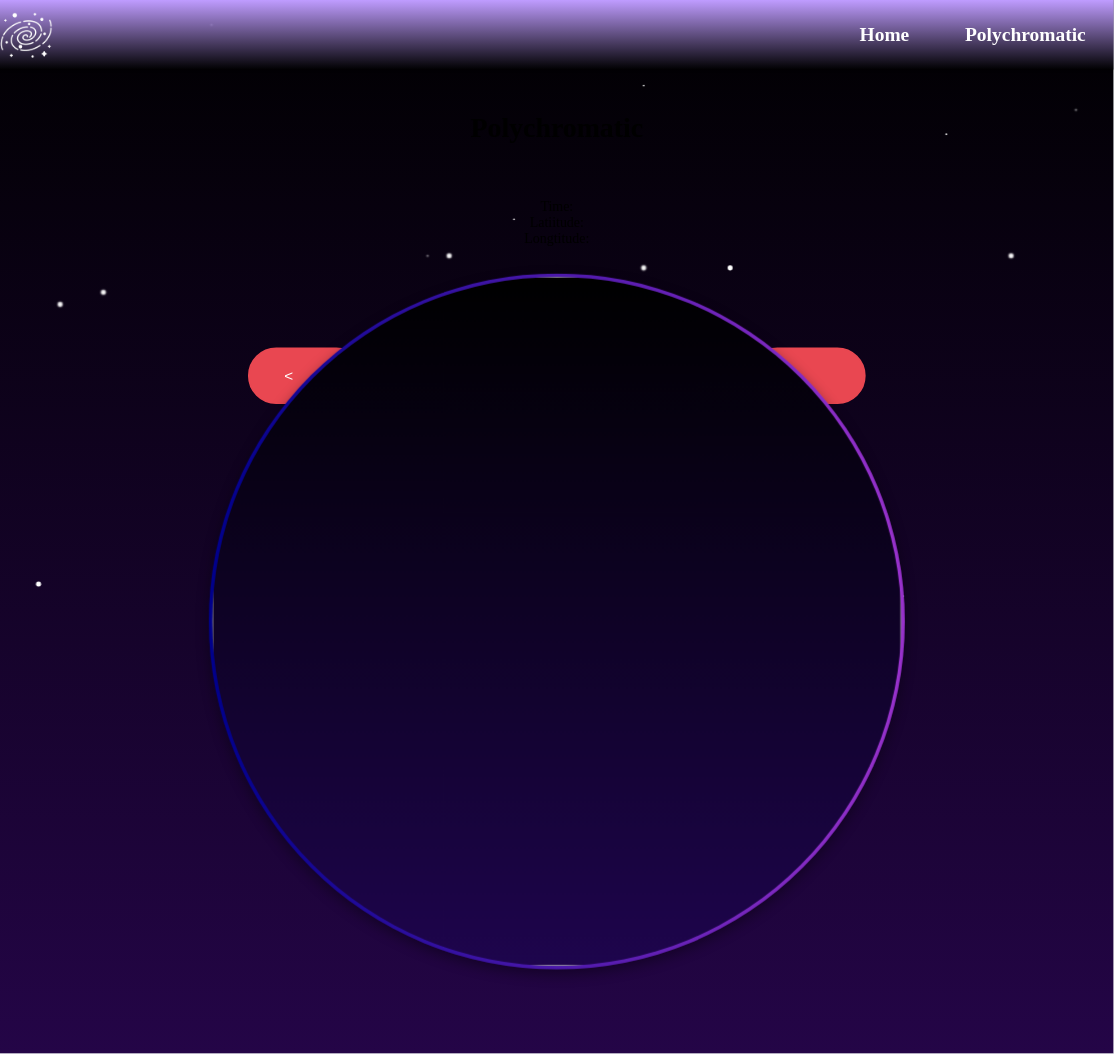
Repository: KayceeNguyen/DAI_W07_NASA
Page: /polychromatic
These files come from the project's save history. The page is drawn as it stood at one moment and after the next save; the edit follows.
The browser window is 1280 px wide. The pictures show the whole page, at 87% of full size.
The page's requests for data from a server got no answer. The project was rebuilt for these pictures with package versions that can differ from the ones it lists, and the page was loaded fresh each time. The framework's server and built-in components were replaced by stand-ins that run in the browser. No one was signed in, and anything a server would have sent is missing. Also part of the build but not shown: next.config.js.

Above is the page before, as saved 2023-02-17 01:33:45.

### pages/polychromatic.js
import { useEffect, useState } from "react"
import axios from "axios";
import Image from "next/image";
import styles from '@/styles/Home.module.css'
import HeaderBar from '@/comps/header'
import Galaxy from '@/comps/galaxy'
import Head from 'next/head'

export default function Polychromatic() {

    const [image, setImage] = useState([]);
    const [images, setImages] = useState([]);
    const [time, setTime] = useState([]);
    const [date, setDate] = useState('');
    const [coords, setCoords] = useState({})

    const [active, setActive] = useState(false);

    const [currentIndex, setCurrentIndex] = useState(0);

    const apiKey = "qO706hvtrjKPLwTwuCZ9XYxHnUPvhtQHSM6Ncmu8";
    const url = `https://epic.gsfc.nasa.gov/api/natural?api_key=${apiKey}`

    const getPolychromaticData = async () => {
        const res = await axios.get(url);
        const data = await res.data;
        console.log(data)

        const caption = data[currentIndex].caption;
        const date = data[currentIndex].date.split(" ")[0];


        const date_formatted = date.replaceAll("-","/")
        console.log(date_formatted);

        let times = [];
        let images = [];

    for (let i = 0; i < data.length; i++) {
    let time = data[i].date.split(" ")[1];
    let coords = data[i].centroid_coordinates;
    let imagePath = data[i].image;
    let image = `https://epic.gsfc.nasa.gov/archive/natural/${date_formatted}/png/${imagePath}.png`;

    times.push(time);

    images.push({
        image: image,
        time: time,
        coords: coords,
        caption: caption
    });
}

    setImages(images);
    setTime(times[0]);
    setCoords([images[0].coords.lat, images[0].coords.lon]);
    setImage(images[currentIndex]);

}

    useEffect(() => {
        getPolychromaticData();
    }, [currentIndex]);

    const nextImage = () => {
        setCurrentIndex((currentIndex + 1) % images.length);
    };

    const prevImage = () => {
        setCurrentIndex(
          currentIndex === 0 ? images.length - 1 : currentIndex - 1
        );
    };

    const handleImageLoad = () => {
        setActive(true);
      }

    return(
        <>

        <Head>
          <title>NASA TechPort & EPIC API</title>
          <meta name="description" content="The website showcases NASA's technologies using the TechPort and PIC API and offers daily full disc imagery of the Earth and unique astronomical events. Users can discover the technologies NASA is developing in propulsion, nanotechnology, robotics, and human health while enjoying stunning images of the universe." />
          <meta name="viewport" content="width=device-width, initial-scale=1" />
          <link rel="icon" href="/galaxy.png" />
        </Head>

            <HeaderBar />

            <Galaxy />



            <main className={styles.main}>
                <h1>Polychromatic</h1>
                <div className={styles.arrowContainer}>
                        <button className={styles.arrow} onClick={prevImage}>
                            &lt;
                        </button>
                        <button className={styles.arrow} onClick={nextImage}>
                            &gt;
                        </button>
                    </div>
                <div className={styles.bigEarthContainer}>
                    <div className={styles.bigEarthText}>
                        <div>Time: {image.time}</div>
                        <div>Latiitude: {coords[0]}</div>
                        <div>Longtitude: {coords[1]}</div>
                    </div>

                    <Image
                        src={image.image}
                        alt={image.caption}
                        width={800}
                        height={800}
                        className={`${styles.earthImage} ${active ? styles.active : ''}`}
                        onLoad={handleImageLoad}

                    />

                    {/* <div onClick={nextImage} className={styles.arrow}>
                        {">"}
                    </div> */}

                </div>




                {/* <table>
                    <thead>
                        <tr>
                            <th>Time</th>
                            <th>Latitude</th>
                            <th>Longtitude</th>
                            <th>Image</th>
                            <th></th>
                        </tr>
                    </thead>

                    <tbody>
                        {
                            images.map((e, i) => {
                                return (
                                    <tr key={i}>
                                        <td>{e.time}</td>
                                        <td>{e.coords.lat}</td>
                                        <td>{e.coords.lon}</td>
                                        <td>
                                            <Image
                                                src={e.image}
                                                alt={i}
                                                width={200}
                                                height={200}
                                            />
                                        </td>

                                        <td>
                                            <button onClick={() => {
                                                setImage(e.image)
                                                setTime(e.time)
                                                setCoords([e.coords.lat, e.coords.lon])
                                                console.log(image[i].image)
                                                document.body.scrollIntoView();

                                            }}>View</button>
                                        </td>
                                    </tr>
                                )
                            })
                        }
                    </tbody>
                </table> */}
            </main>
        </>
    )
}

### styles/Home.module.css
.main {
  display: flex;
  flex-direction: column;
  justify-content: space-between;
  align-items: center;
  padding: 6rem;
  min-height: 100vh;
  background: linear-gradient(180deg, rgb(0, 0, 0) 0%, rgb(36, 5, 71) 100%);
  animation: Gradient 10s ease infinite; /* Animate the gradient */
  -webkit-animation: Gradient 8s ease infinite;
	-moz-animation: Gradient 8s ease infinite;
}

@-webkit-keyframes Gradient {
  0%{background-position:0% 50%}
  50%{background-position:100% 50%}
  100%{background-position:0% 50%}
}
@-moz-keyframes Gradient {
  0%{background-position:0% 50%}
  50%{background-position:100% 50%}
  100%{background-position:0% 50%}
}
@keyframes Gradient {
  0%{background-position:0% 50%}
  50%{background-position:100% 50%}
  100%{background-position:0% 50%}
}

.description {
  display: inherit;
  justify-content: inherit;
  align-items: inherit;
  font-size: 0.85rem;
  max-width: var(--max-width);
  width: 100%;
  z-index: 2;
  font-family: var(--font-mono);
}

.description a {
  display: flex;
  justify-content: center;
  align-items: center;
  gap: 0.5rem;
}

.description p {
  position: relative;
  margin: 0;
  padding: 1rem;
  background-color: rgba(var(--callout-rgb), 0.5);
  border: 1px solid rgba(var(--callout-border-rgb), 0.3);
  border-radius: var(--border-radius);
}

.code {
  font-weight: 700;
  font-family: var(--font-mono);
}

.grid {
  display: grid;
  grid-template-columns: repeat(4, minmax(25%, auto));
  width: var(--max-width);
  max-width: 100%;
}

.card {
  padding: 1rem 1.2rem;
  border-radius: var(--border-radius);
  background: rgba(var(--card-rgb), 0);
  border: 1px solid rgba(var(--card-border-rgb), 0);
  transition: background 200ms, border 200ms;
}

.card span {
  display: inline-block;
  transition: transform 200ms;
}

.card h2 {
  font-weight: 600;
  margin-bottom: 0.7rem;
}

.card p {
  margin: 0;
  opacity: 0.6;
  font-size: 0.9rem;
  line-height: 1.5;
  max-width: 30ch;
}

.center {
  display: flex;
  justify-content: center;
  align-items: center;
  position: relative;
  padding: 4rem 0;
}

.center::before {
  background: var(--secondary-glow);
  border-radius: 50%;
  width: 480px;
  height: 360px;
  margin-left: -400px;
}

.center::after {
  background: var(--primary-glow);
  width: 240px;
  height: 180px;
  z-index: -1;
}

.center::before,
.center::after {
  content: '';
  left: 50%;
  position: absolute;
  filter: blur(45px);
  transform: translateZ(0);
}

.logo,
.thirteen {
  position: relative;
}

.thirteen {
  display: flex;
  justify-content: center;
  align-items: center;
  width: 75px;
  height: 75px;
  padding: 25px 10px;
  margin-left: 16px;
  transform: translateZ(0);
  border-radius: var(--border-radius);
  overflow: hidden;
  box-shadow: 0px 2px 8px -1px #0000001a;
}

.thirteen::before,
.thirteen::after {
  content: '';
  position: absolute;
  z-index: -1;
}

/* Conic Gradient Animation */
.thirteen::before {
  animation: 6s rotate linear infinite;
  width: 200%;
  height: 200%;
  background: var(--tile-border);
}

/* Inner Square */
.thirteen::after {
  inset: 0;
  padding: 1px;
  border-radius: var(--border-radius);
  background: linear-gradient(
    to bottom right,
    rgba(var(--tile-start-rgb), 1),
    rgba(var(--tile-end-rgb), 1)
  );
  background-clip: content-box;
}

/* Enable hover only on non-touch devices */
@media (hover: hover) and (pointer: fine) {
  .card:hover {
    background: rgba(var(--card-rgb), 0.1);
    border: 1px solid rgba(var(--card-border-rgb), 0.15);
  }

  .card:hover span {
    transform: translateX(4px);
  }
}

@media (prefers-reduced-motion) {
  .thirteen::before {
    animation: none;
  }

  .card:hover span {
    transform: none;
  }
}

/* Mobile */
@media (max-width: 700px) {
  .content {
    padding: 4rem;
  }

  .grid {
    grid-template-columns: 1fr;
    margin-bottom: 120px;
    max-width: 320px;
    text-align: center;
  }

  .card {
    padding: 1rem 2.5rem;
  }

  .card h2 {
    margin-bottom: 0.5rem;
  }

  .center {
    padding: 8rem 0 6rem;
  }

  .center::before {
    transform: none;
    height: 300px;
  }

  .description {
    font-size: 0.8rem;
  }

  .description a {
    padding: 1rem;
  }

  .description p,
  .description div {
    display: flex;
    justify-content: center;
    position: fixed;
    width: 100%;
  }

  .description p {
    align-items: center;
    inset: 0 0 auto;
    padding: 2rem 1rem 1.4rem;
    border-radius: 0;
    border: none;
    border-bottom: 1px solid rgba(var(--callout-border-rgb), 0.25);
    background: linear-gradient(
      to bottom,
      rgba(var(--background-start-rgb), 1),
      rgba(var(--callout-rgb), 0.5)
    );
    background-clip: padding-box;
    backdrop-filter: blur(24px);
  }

  .description div {
    align-items: flex-end;
    pointer-events: none;
    inset: auto 0 0;
    padding: 2rem;
    height: 200px;
    background: linear-gradient(
      to bottom,
      transparent 0%,
      rgb(var(--background-end-rgb)) 40%
    );
    z-index: 1;
  }
}

/* Tablet and Smaller Desktop */
@media (min-width: 701px) and (max-width: 1120px) {
  .grid {
    grid-template-columns: repeat(2, 50%);
  }
}

@media (prefers-color-scheme: dark) {
  .vercelLogo {
    filter: invert(1);
  }

  .logo,
  .thirteen img {
    filter: invert(1) drop-shadow(0 0 0.3rem #ffffff70);
  }
}

@keyframes rotate {
  from {
    transform: rotate(360deg);
  }
  to {
    transform: rotate(0deg);
  }
}






/**************** HEADER STYLING ****************/



.header {
  position: fixed;
  z-index: 1;
  width: 100vw;
  display: flex;
  justify-content: center;
  align-items: center;
  height: 5rem;
  background: linear-gradient(180deg, rgb(191, 156, 255) 0%, rgba(0, 0, 0, 0.5) 100%);
  box-shadow: 0 2px 4px rgba(0, 0, 0, 0.1);
}

.headerIcon {
  filter: brightness(0) invert(1);
}

.nav {
  display: flex;
  justify-content: space-between;
  align-items: center;
  width: 100%;
  max-width: 80rem;
}

.navList {
  display: flex;
  list-style: none;
  margin: 0;
  padding: 0;
}

.navItem {
  margin-right: 2rem;
  margin-left: 2em;
}

/* .navItem > a > div.navLink:active {
  text-decoration: underline;
} */

.navLink {
  font-size: 1.4rem;
  font-weight: 600;
  color: #ffffff;
  text-decoration: none;
  transition: color 0.2s;
}

.navLink:hover {
  color: #fff644;
}




/**************** MAIN STYLING ****************/




.main {
  display: flex;
  flex-direction: column;
  justify-content: center;
  align-items: center;
  justify-items: center;
}




.main > h1 {
  padding: 1em 2em 2em 2em;
}

.bigCont {
  text-align: center;
}


/**************** CAROUSEL STYLING ****************/


.carousel {
  display: flex;
  justify-content: center;
  align-items: center;
  width: 100%;
  max-width: 800px;
  margin: 0 auto;
}

.carouselArrow {
  font-size: 2rem;
  color: rgb(255, 255, 255);
  cursor: pointer;
  background-color:transparent;
  border: 2px solid rgb(255, 255, 255, 1);
  width: 50px;
  height: 50px;
  border-radius: 50%;
  display: inline-flex;
  align-items: center;
  justify-content: center;
}

.carouselArrow:hover {
  color: rgb(31, 0, 54);
  box-shadow: 0 4px 6px rgba(255, 255, 255, 0.6);
  background-color:rgba(255, 255, 255, 0.8) ;
  transition: all 0.2s ease;
}

.carouselArrow:hover:after {
  left: 0;
  width: 100%;
}

.carouselArrow:active {
  top: 20px;
}

.carouselImageContainer {
  margin: 0 2rem;
  width: 400px;
  height: 400px;
  position: relative;
}

.carouselImageContainer img {
  position: absolute;
  top: 0;
  left: 0;
  width: 100%;
  height: 100%;
  object-fit: contain;
}

.imageCont {
  position: absolute;
  top: 0;
  opacity: 0.4;
  width: 100%;
  height: 100%;
  transition: opacity 1.5s ease;
}

.imageCont.active {
  opacity: 1;
}


/* @keyframes slide {
  100% { left: 0; }
}

@keyframes slide-in {
  100% { transform: translateX(0%); }
}

@-webkit-keyframes slide-in {
  100% { -webkit-transform: translateX(0%); }
}

@keyframes slide-out {
  0% { transform: translateX(0%); }
  100% { transform: translateX(-100%); }
}

@-webkit-keyframes slide-out {
  0% { -webkit-transform: translateX(0%); }
  100% { -webkit-transform: translateX(-100%); }
} */


/**************** GALAXY BG STYLING ****************/




.galaxyCont {
  width: 100vw;
  height: 100%;
  display: flex;
  justify-content: center;
  align-items: center;
}


.galaxy {

  position: fixed;
  height: 1px;
  width: 1px;
  background-color: #fff;
  border-radius: 50%;
  box-shadow: -42vw -4vh 0px 0px #fff,25vw -41vh 0px 0px #fff,-20vw 49vh 0px 1px #fff,5vw 40vh 1px 1px #fff,29vw 19vh 1px 0px #fff,-44vw -13vh 0px 0px #fff,46vw 41vh 0px 1px #fff,-3vw -45vh 0px 1px #fff,47vw 35vh 1px 0px #fff,12vw -8vh 1px 0px #fff,-34vw 48vh 1px 1px #fff,32vw 26vh 1px 1px #fff,32vw -41vh 1px 1px #fff,0vw 37vh 1px 1px #fff,34vw -26vh 1px 0px #fff,-14vw -49vh 1px 0px #fff,-12vw 45vh 0px 1px #fff,-44vw -33vh 0px 1px #fff,-13vw 41vh 0px 0px #fff,-36vw -11vh 0px 1px #fff,-23vw -24vh 1px 0px #fff,-38vw -27vh 0px 1px #fff,16vw -19vh 0px 0px #fff,28vw 33vh 1px 0px #fff,-49vw -4vh 0px 0px #fff,16vw 32vh 0px 1px #fff,36vw -18vh 1px 0px #fff,-25vw -30vh 1px 0px #fff,-23vw 24vh 0px 1px #fff,-2vw -35vh 1px 1px #fff,-25vw 9vh 0px 0px #fff,-15vw -34vh 0px 0px #fff,-8vw -19vh 1px 0px #fff,-20vw -20vh 1px 1px #fff,42vw 50vh 0px 1px #fff,-32vw 10vh 1px 0px #fff,-23vw -17vh 0px 0px #fff,44vw 15vh 1px 0px #fff,-40vw 33vh 1px 1px #fff,-43vw 8vh 0px 0px #fff,-48vw -15vh 1px 1px #fff,-24vw 17vh 0px 0px #fff,-31vw 50vh 1px 0px #fff,36vw -38vh 0px 1px #fff,-7vw 48vh 0px 0px #fff,15vw -32vh 0px 0px #fff,29vw -41vh 0px 0px #fff,2vw 37vh 1px 0px #fff,7vw -40vh 1px 1px #fff,15vw 18vh 0px 0px #fff,25vw -13vh 1px 1px #fff,-46vw -12vh 1px 1px #fff,-18vw 22vh 0px 0px #fff,23vw -9vh 1px 0px #fff,50vw 12vh 0px 1px #fff,45vw 2vh 0px 0px #fff,14vw -48vh 1px 0px #fff,23vw 43vh 0px 1px #fff,-40vw 16vh 1px 1px #fff,20vw -31vh 0px 1px #fff,-17vw 44vh 1px 1px #fff,18vw -45vh 0px 0px #fff,33vw -6vh 0px 0px #fff,0vw 7vh 0px 1px #fff,-10vw -18vh 0px 1px #fff,-19vw 5vh 1px 0px #fff,1vw 42vh 0px 0px #fff,22vw 48vh 0px 1px #fff,39vw -8vh 1px 1px #fff,-6vw -42vh 1px 0px #fff,-47vw 34vh 0px 0px #fff,-46vw 19vh 0px 1px #fff,-12vw -32vh 0px 0px #fff,-45vw -38vh 0px 1px #fff,-28vw 18vh 1px 0px #fff,-38vw -46vh 1px 1px #fff,49vw -6vh 1px 1px #fff,-28vw 18vh 1px 1px #fff,10vw -24vh 0px 1px #fff,-5vw -11vh 1px 1px #fff,33vw -8vh 1px 0px #fff,-16vw 17vh 0px 0px #fff,18vw 27vh 0px 1px #fff,-8vw -10vh 1px 1px #fff;

/* stars were too big with the layers above but left the code in case no one cares  -- as in, if noone's just that  one other loner who actually cares    */

  box-shadow: 24vw 9vh 1px 0px #fff,12vw -24vh 0px 1px #fff,-45vw -22vh 0px 0px #fff,-37vw -40vh 0px 1px #fff,29vw 19vh 0px 1px #fff,4vw -8vh 0px 1px #fff,-5vw 21vh 1px 1px #fff,-27vw 26vh 1px 1px #fff,-47vw -3vh 1px 1px #fff,-28vw -30vh 0px 1px #fff,-43vw -27vh 0px 1px #fff,4vw 22vh 1px 1px #fff,36vw 23vh 0px 0px #fff,-21vw 24vh 1px 1px #fff,-16vw 2vh 1px 0px #fff,-16vw -6vh 0px 0px #fff,5vw 26vh 0px 0px #fff,-34vw 41vh 0px 0px #fff,1vw 42vh 1px 1px #fff,11vw -13vh 1px 1px #fff,48vw -8vh 1px 0px #fff,22vw -15vh 0px 0px #fff,45vw 49vh 0px 0px #fff,43vw -27vh 1px 1px #fff,20vw -2vh 0px 0px #fff,8vw 22vh 0px 1px #fff,39vw 48vh 1px 1px #fff,-21vw -11vh 0px 1px #fff,-40vw 45vh 0px 1px #fff,11vw -30vh 1px 0px #fff,26vw 30vh 1px 0px #fff,45vw -29vh 0px 1px #fff,-2vw 18vh 0px 0px #fff,-29vw -45vh 1px 0px #fff,-7vw -27vh 1px 1px #fff,42vw 24vh 0px 0px #fff,45vw -48vh 1px 0px #fff,-36vw -18vh 0px 0px #fff,-44vw 13vh 0px 1px #fff,36vw 16vh 0px 1px #fff,40vw 24vh 0px 0px #fff,18vw 11vh 0px 0px #fff,-15vw -23vh 1px 0px #fff,-24vw 48vh 0px 1px #fff,27vw -45vh 1px 0px #fff,-2vw -24vh 0px 1px #fff,-15vw -28vh 0px 0px #fff,-43vw 13vh 1px 0px #fff,7vw 27vh 1px 0px #fff,47vw 5vh 0px 0px #fff,-45vw 15vh 1px 1px #fff,-5vw -28vh 0px 1px #fff,38vw 25vh 1px 1px #fff,-39vw -1vh 1px 0px #fff,5vw 0vh 1px 0px #fff,49vw 13vh 0px 0px #fff,48vw 10vh 0px 1px #fff,19vw -28vh 0px 0px #fff,4vw 7vh 0px 0px #fff,21vw 21vh 1px 1px #fff,-15vw -15vh 0px 1px #fff,-6vw -42vh 1px 0px #fff,-15vw 48vh 1px 1px #fff,-23vw 25vh 1px 1px #fff,-48vw 25vh 0px 1px #fff,-31vw -19vh 0px 1px #fff,4vw 37vh 1px 1px #fff,-43vw 28vh 0px 0px #fff,3vw -25vh 0px 1px #fff,-39vw 14vh 0px 1px #fff,-40vw 31vh 0px 1px #fff,35vw -36vh 1px 1px #fff,16vw 49vh 0px 0px #fff,6vw 39vh 0px 0px #fff,3vw -35vh 0px 1px #fff,-44vw -2vh 1px 0px #fff,-6vw 21vh 1px 0px #fff,48vw 9vh 1px 1px #fff,-43vw 30vh 1px 1px #fff,29vw -12vh 1px 1px #fff,-48vw 13vh 1px 0px #fff,-42vw 32vh 1px 1px #fff,34vw 15vh 1px 1px #fff,29vw -37vh 1px 1px #fff,28vw 2vh 0px 0px #fff;
  animation: zoom 8s alternate infinite, blink-animation 2s steps(5, start) infinite;
}

@keyframes zoom {
    0%{
        transform: scale(1);
    }
    100%{
        transform: scale(2);
    }
}

@keyframes blink-animation {
  to {
    visibility: hidden;
  }
}
@-webkit-keyframes blink-animation {
  to {
    visibility: hidden;
  }
}




/**************** GALAXY BG STYLING ****************/


.bigEarthText {
  display: flex;
  flex-direction: column;
  align-items: center;
}









/* styles for the spinning animation */
@keyframes spin {
  from {
    transform: rotateY(0deg);
    opacity: 1;
  }
  to {
    transform: rotateY(360deg);
    opacity: 1;
  }
}


/* styles for the main section with the big Earth image */
.bigEarthContainer {
  display: flex;
  flex-direction: column;
  align-items: center;
  justify-content: center;
  position: relative;
}

/* styles for the previous/next arrow buttons */
.arrowContainer {
  position: absolute;
  top: 60%;
  transform: translateY(-50%);
  display: flex;
  justify-content: space-between;
  width: 100%;
  padding: 4rem;
  box-sizing: border-box;
}

.arrow {
  font-size:1.1em;
  padding:20px 80px 20px 40px;
  background-color:#E94751;
  color:#fff;
  border-radius:50px;
  margin: auto;
  border:2px solid #E94751;
  cursor: pointer;
  visibility: visible;
}

.arrow:hover {
  transform:scale(1.05);
  background-color:transparent;
  color:#E94751;
  border:2px solid #E94751;
}



.earthImage {
  width: 800px;
  height: 800px;
  object-fit: cover;

  /* opacity: 0.4; */
  /* animation: spin 10s ease-in-out; */
  /* opacity: 0; */

  border-radius: 50%;
  background: linear-gradient(rgb(0, 0, 0), rgb(30, 5, 77)) padding-box,
              linear-gradient(to right, darkblue, darkorchid) border-box;
  border: 4px solid transparent;
  /* transition: opacity 4s ease; */

  animation: float 6s ease-in-out infinite;
}

@keyframes float {
	0% {
		box-shadow: 0 5px 15px 0px rgba(0,0,0,0.4);
		transform: translatey(0px);
	}
  50% {
		box-shadow: 0 25px 15px 0px rgba(0,0,0,0.1);
		transform: translatey(-20px);
	}
  100% {
		box-shadow: 0 5px 15px 0px rgba(0,0,0,0.4);
		transform: translatey(0px);
	}
}

/* styles for the image that shows the Earth */
.earthImage.active {
    opacity: 1;
}


/* @keyframes opacity {
  from {
    opacity: 0.5;
  }
  to {
    opacity: 1;
  }
} */

.bigEarthText {
  padding-bottom: 2em;
}

### comps/header.js
import Link from 'next/link';
import styles from '@/styles/Home.module.css';

const HeaderBar = () => {
  return (
    <header className={styles.header}>
      <nav className={styles.nav}>
      <img
        className={styles.headerIcon}
        src="/galaxy-header.png"
        width="60px"
        onClick={
            ()=>r.push("/")}
        />
        <ul className={styles.navList}>
          <li className={styles.navItem}>
            <a href="/">
              <div className={styles.navLink}>Home</div>
            </a>
          </li>
          <li className={styles.navItem}>
            <a href="/polychromatic">
              <div className={styles.navLink}>Polychromatic</div>
            </a>
          </li>
        </ul>
      </nav>
    </header>
  );
};

export default HeaderBar;

### comps/galaxy.js
import styles from '@/styles/Home.module.css'

export default function Galaxy() {
    return (
        <div className={styles.galaxyCont}>
            <div className={styles.galaxy}></div>
        </div>
    )
}

Loaded but not shown: pages/_app.js (common file); pages/_document.js (common file); styles/globals.css (common file)

After the next save:
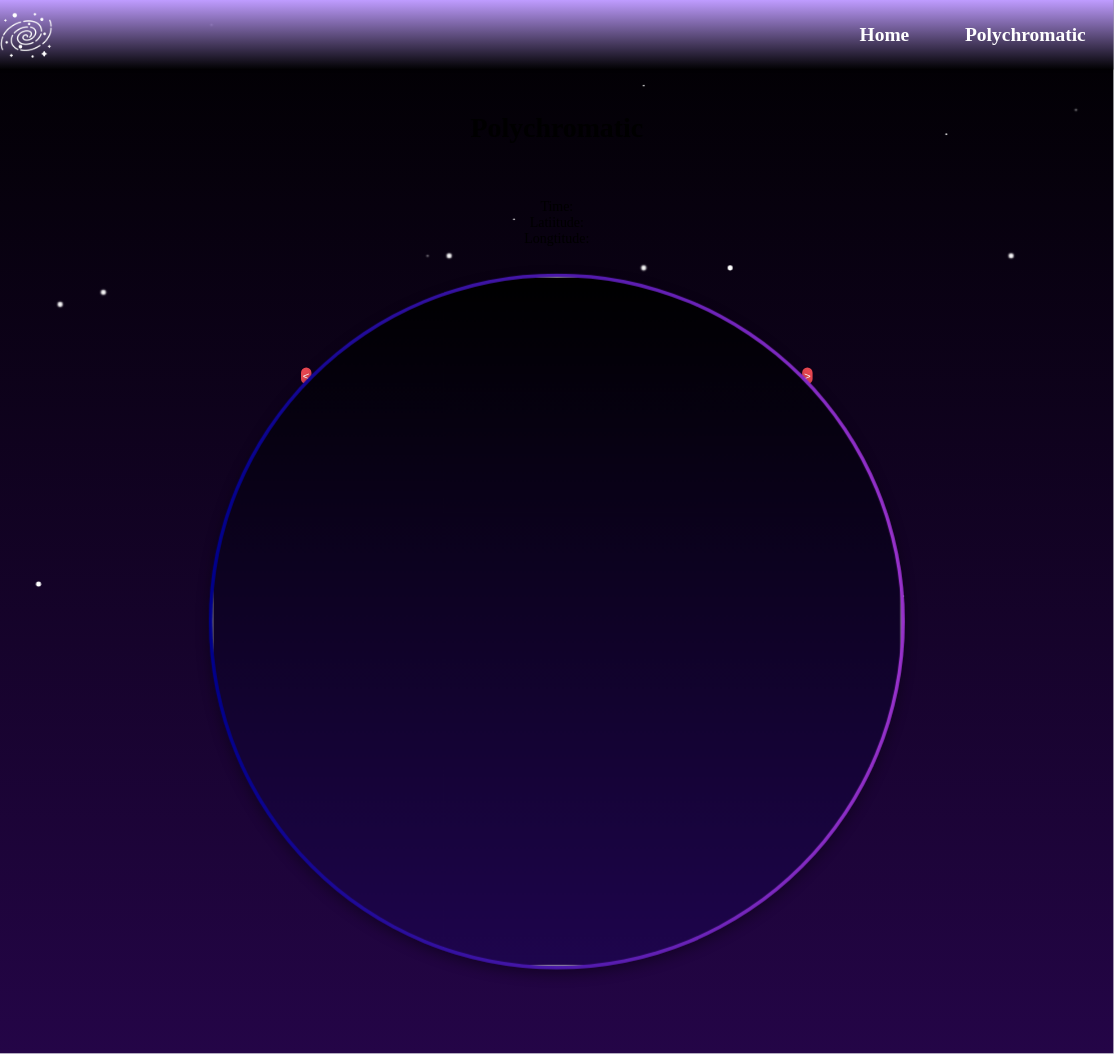
Saved 16 s later.
--- a/styles/Home.module.css
+++ b/styles/Home.module.css
@@ -585,8 +585,6 @@
 }
 
 .arrow {
-  font-size:1.1em;
-  padding:20px 80px 20px 40px;
   background-color:#E94751;
   color:#fff;
   border-radius:50px;
